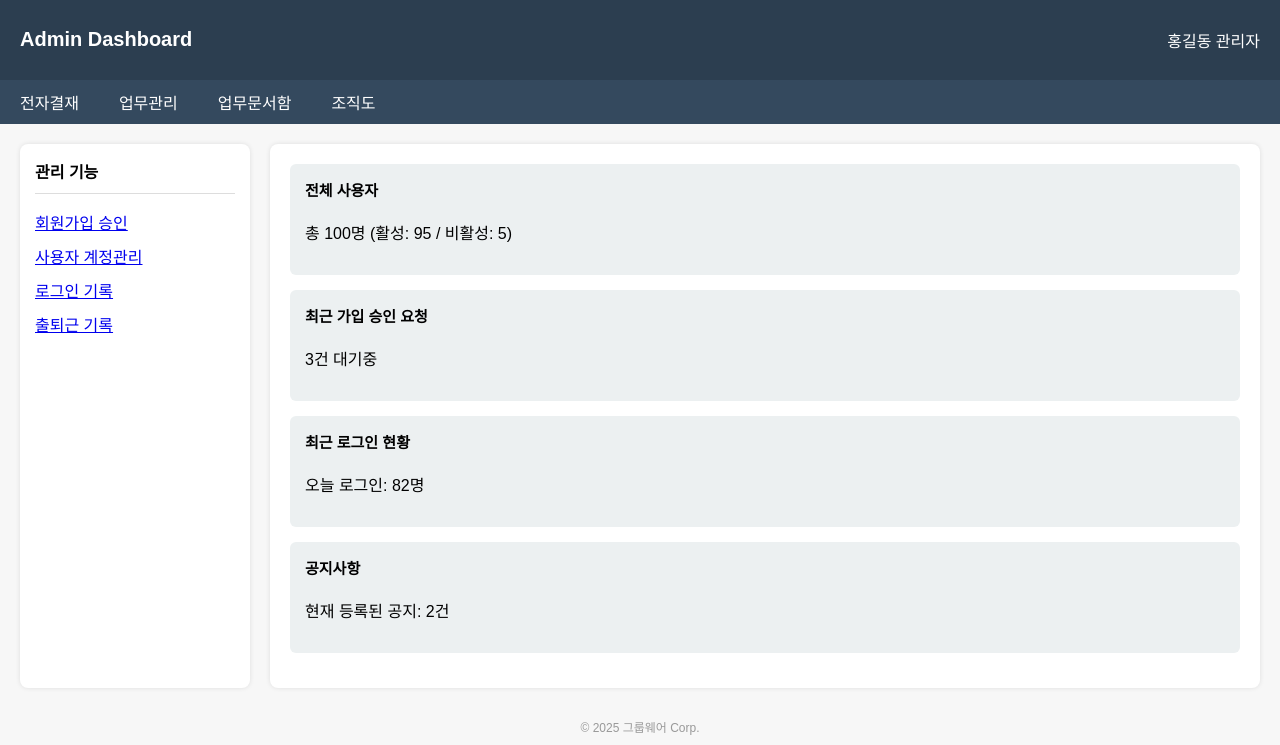
Repository: hyunbin7664/web-java-workspace
Page: groupware/src/main/webapp/admin_dashboard.html
The author's editor kept a copy of each file at every save. The page is drawn from the files as they stood at one save, then again after the next save.
The browser window is 1280 px wide. The pictures show the whole page.

Above is the page before, as saved 2025-07-07 08:27:45.

### groupware/src/main/webapp/admin_dashboard.html
<!DOCTYPE html>
<html lang="ko">
<head>
<meta charset="UTF-8">
<title>Admin Dashboard</title>
<style>
body {
	margin: 0;
	font-family: Arial, sans-serif;
	background-color: #f7f7f7;
}

header {
	background-color: #2c3e50;
	color: white;
	padding: 15px 20px;
	display: flex;
	justify-content: space-between;
	align-items: center;
}

header h1 {
	font-size: 20px;
}

nav {
	display: flex;
	background-color: #34495e;
	text-align: right;
}

nav a {
	padding: 10px 20px;
	color: white;
	text-decoration: none;
	display: inline-block;
}

nav a:hover {
	background-color: #1abc9c;
}

.container {
	display: flex;
	padding: 20px;
}

.sidebar {
	width: 200px;
	background-color: white;
	border-radius: 8px;
	padding: 15px;
	margin-right: 20px;
	box-shadow: 0 0 5px rgba(0, 0, 0, 0.1);
}

.sidebar h3 {
	margin-top: 0;
	font-size: 16px;
	border-bottom: 1px solid #ddd;
	padding-bottom: 10px;
}

.sidebar ul {
	list-style: none;
	padding: 0;
}

.sidebar ul li {
	margin: 10px 0;
	cursor: pointer;
}

.main-content {
	flex: 1;
	background-color: white;
	border-radius: 8px;
	padding: 20px;
	box-shadow: 0 0 5px rgba(0, 0, 0, 0.1);
}

.card {
	background-color: #ecf0f1;
	padding: 15px;
	border-radius: 6px;
	margin-bottom: 15px;
}

.card h4 {
	margin-top: 0;
	font-size: 15px;
}

footer {
	text-align: center;
	padding: 10px;
	font-size: 12px;
	color: #999;
}
</style>
</head>
<body>
	<header>
		<h1>
			<a href="admin_dashboard.html" style="text-decoration: none; color: inherit;">Admin Dashboard</a>
		</h1>
		<div>홍길동 관리자</div>
	</header>
	<nav>
		<a href="#">전자결재</a>
		<a href="#">업무관리</a>
		<a href="#">업무문서함</a>
		<a href="#">조직도</a>
	</nav>

	<div class="container">
		<div class="sidebar">
			<h3>관리 기능</h3>
			<ul>
				<li><a href="employee_approval.html">회원가입 승인</a> </li>
				<li><a href="user_list.html">사용자 계정관리</a> </li>
				<li><a href="login_log.html">로그인 기록</a> </li>
				<li><a href="attendance_log.html" class="active">출퇴근 기록</a></li>
			</ul>
		</div>

		<div class="main-content">
			<div class="card">
				<h4>전체 사용자</h4>
				<p>총 100명 (활성: 95 / 비활성: 5)</p>
			</div>

			<div class="card">
				<h4>최근 가입 승인 요청</h4>
				<p>3건 대기중</p>
			</div>

			<div class="card">
				<h4>최근 로그인 현황</h4>
				<p>오늘 로그인: 82명</p>
			</div>

			<div class="card">
				<h4>공지사항</h4>
				<p>현재 등록된 공지: 2건</p>
			</div>

		</div>
	</div>

	<footer> © 2025 그룹웨어 Corp. </footer>
</body>
</html>

After the next save:
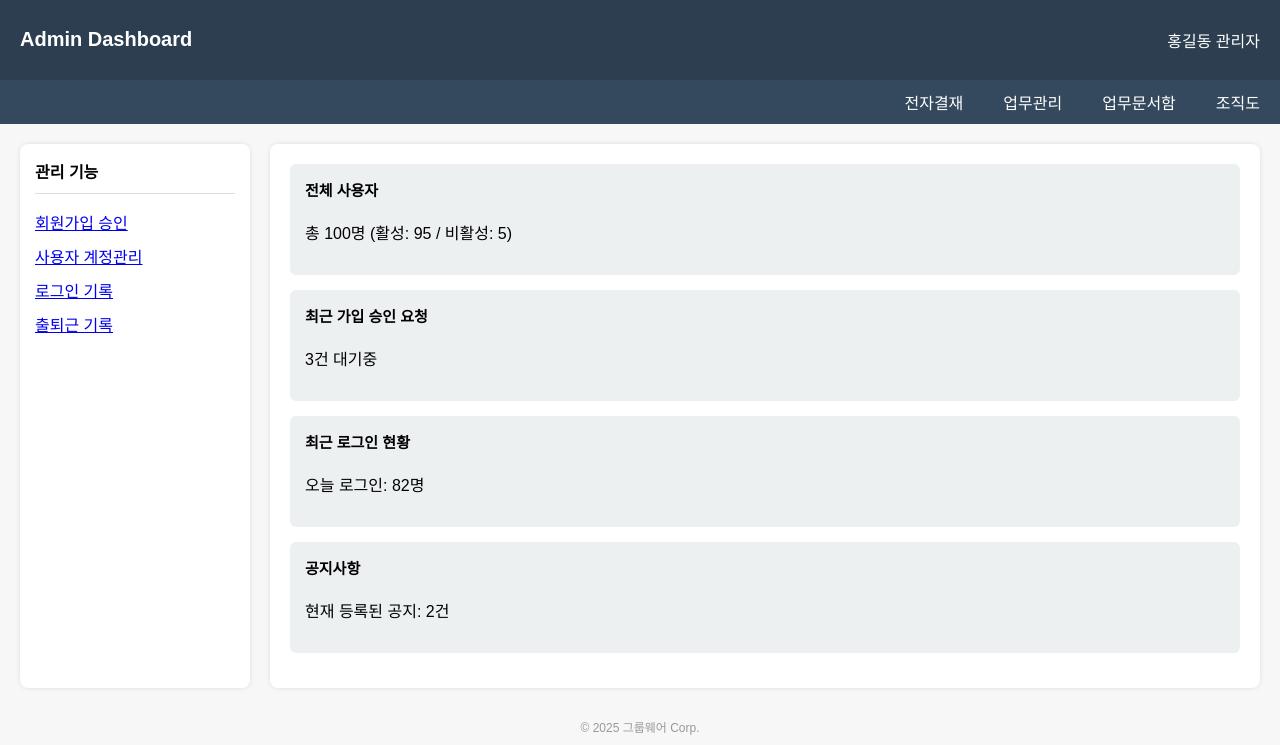
Saved 55 s later.
--- a/groupware/src/main/webapp/admin_dashboard.html
+++ b/groupware/src/main/webapp/admin_dashboard.html
@@ -25,8 +25,8 @@ header h1 {
 
 nav {
 	display: flex;
+	justify-content: flex-end;
 	background-color: #34495e;
-	text-align: right;
 }
 
 nav a {
